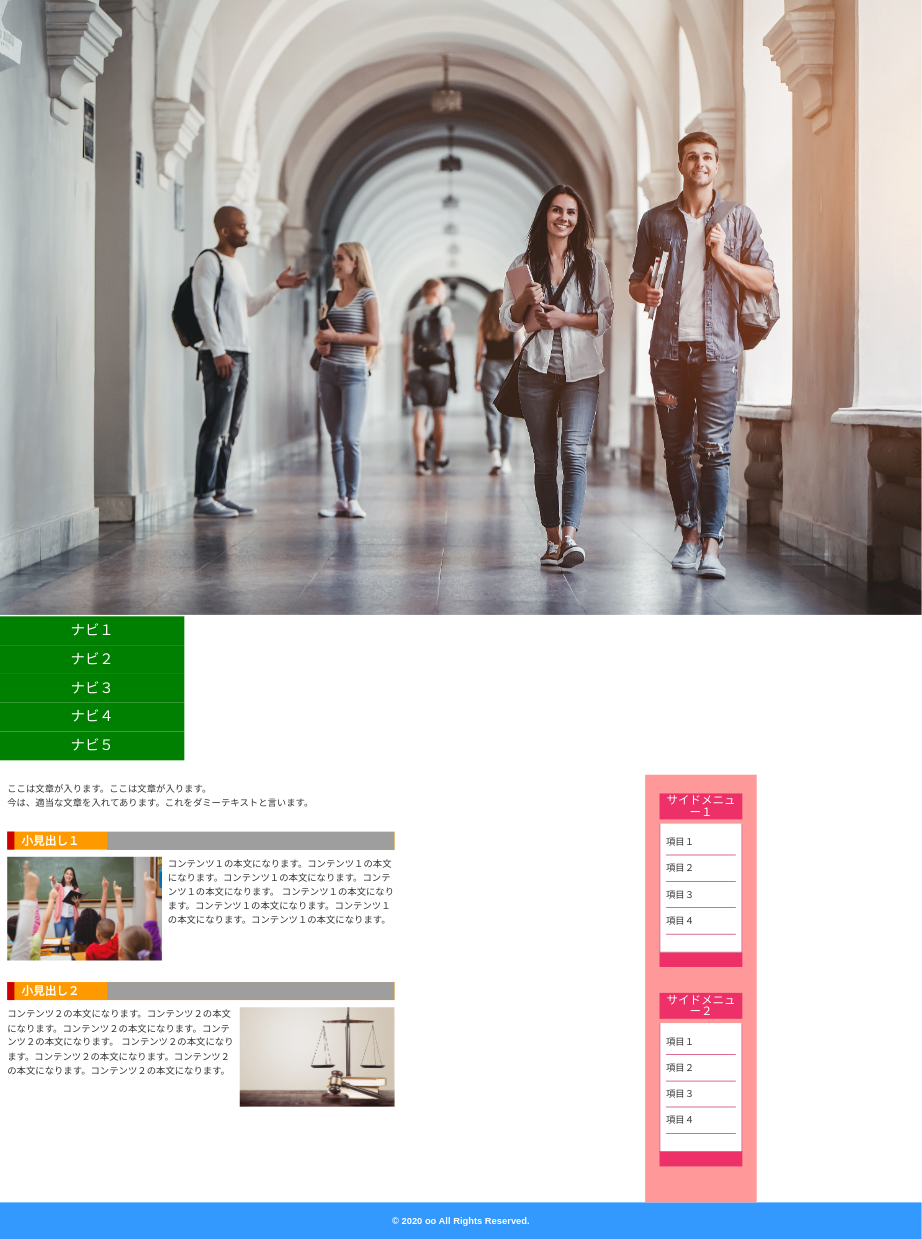
Repository: komikomi650/samurai_HTML-CSS
Page: samurai_html_4/home.html
The author's editor kept a record of every edit. The page is drawn from the files as they stood at one moment, then again after the next edit.
The browser window is 1280 px wide. The pictures show the whole page, at 72% of full size.
Pictures or frames that could not be fetched are drawn as grey boxes.

Above is the page before.

### samurai_html_4/home.html
<!DOCTYPE html>
<html lang="ja">
<head>
    <meta charset="UTF-8">
    <title>HTML/CSSの学習</title>
    <link rel="stylesheet" href="stylesheet.css">
</head>
<body>
    <div id="header">
        <h1><a href="index.html"><img id="corridor" src="images/corridor.jpg" alt="大学の廊下"></a></h1>
    </div>
    <div id="wrapper">
        <div id="nav">
            <ul>
                <li><a href="home.html">ナビ１</a></li>
                <li><a href="#">ナビ２</a></li>
                <li><a href="#">ナビ３</a></li>
                <li><a href="#">ナビ４</a></li>
                <li><a href="#">ナビ５</a></li>
            </ul>
        </div>
    </div>
    <div id="container">
        <div id="main">
            <div class="post">
                <p>ここは文章が入ります。ここは文章が入ります。<br />今は、適当な文章を入れてあります。これをダミーテキストと言います。</p>
            </div>
            <div class="post clearfix">
                <h2>小見出し１</h2>
                <img class="left" src="images/classroom.jpg" alt="授業風景">
                <p>
                    コンテンツ１の本文になります。コンテンツ１の本文になります。コンテンツ１の本文になります。コンテンツ１の本文になります。
                    コンテンツ１の本文になります。コンテンツ１の本文になります。コンテンツ１の本文になります。コンテンツ１の本文になります。
                </p>
            </div>
            <div class="post clearfix">
                <h2>小見出し２</h2>
                <img class="right" src="images/scale.jpg" alt="天秤">
                <p>
                    コンテンツ２の本文になります。コンテンツ２の本文になります。コンテンツ２の本文になります。コンテンツ２の本文になります。
                    コンテンツ２の本文になります。コンテンツ２の本文になります。コンテンツ２の本文になります。コンテンツ２の本文になります。
                </p>
            </div>
        </div>
        <div id="side">
            <div class="box">
                <h2>サイドメニュー１</h2>
                <div class="boxBody">
                    <ul>
                        <li>項目１</li>
                        <li>項目２</li>
                        <li>項目３</li>
                        <li>項目４</li>
                    </ul>
                </div>
            </div>
            <div class="box">
                <h2>サイドメニュー２</h2>
                <div class="boxBody">
                    <ul>
                        <li>項目１</li>
                        <li>項目２</li>
                        <li>項目３</li>
                        <li>項目４</li>
                    </ul>
                </div>
            </div>
        </div>
    </div>
    <div id="footer">
        <p>&copy; 2020 oo All Rights Reserved.</p>
    </div>
</body>
</html>

### samurai_html_4/stylesheet.css
@charset "utf-8";

body {
    margin: 0 ;
    padding: 0;
    font-family: "ヒラギノ角ゴ Pro W3", "Hiragino kaku Gothic Pro", "メイリオ", Meiryo, Osaka, "ＭＳ Ｐゴシック", "MS PGothic", sans-serif;
    color: #333;
    font-size: 13px;
    line-height: 150%;
}
/*--------------------------wrapper ----------------------*/
#wrapper{
    width: 100%;
    margin: auto;
    padding: 0px;
    border: 0px;
    background-color: #FFF;
    top: 10px;
}

/*--------------------------header ----------------------*/
#header {
    width: 100%;
}
#header h1 {
    margin: 0;
    padding: 0;
}
#corridor {
    width: 100%;
    height: auto;
}

/*--------------------------footer ----------------------*/
#footer {
    clear: both;
    width: 100%;
    padding: 3px 0 3px 0;
    background: #39F;
    color: #FFF;
    font-weight: bold;
    text-align: center;
}

/*--------------------------NAV----------------------*/
#nav {
    width: 100%;
}
#nav ul {
    margin: 0;
    padding: 0;
    list-style-type: none;
}
/*#nav ul li {
    float: left;
    width: 20%;
    text-align: center;
}*/
/*#nav ul li {
    float: left;
    width: 20%;
    text-align: center;
}*/
#nav ul li {
    width: 20%;
    text-align: center;
}
#nav ul li a {
    display: block;
    height: 20px;
    margin: 0;
    padding: 10px;
    color: #FFF;
    font-size: 20px;
    text-decoration: none;
    background-color: green;
}
#nav ul li a:hover{
    filter: drop-shadow(10px 10px 10px black);
}
/*--------------------------Container----------------------*/
#container {
    width: 100%;
    margin: auto;
    padding: auto;
    padding-top: 20px;
    clear: both;
    display: grid;
    grid-template-columns: 70vw 30vw;
}
/*--------------------------Main----------------------*/
#main {
    float: left;
    width: 60%;
    padding: 10px 30px 10px 10px;
}
#main h2 {
    margin: 0 0 10px 0;
    padding: 3px 10px 3px 10px;
    color: #FFF;
    font-size: 16px;
    border-left: solid 10px #C00;
    background: #F90 url(../images/main_h2.jpg) right top repeat-y;
}
#main p {
    margin: 0;
    padding: 0;
}
#main .post {
    margin: 0 0 30px 0;
}
#main .post img.right {
    margin: 0 0 0 8px;
}
#main .post img.left {
    margin: 0 8px 0 0 ;
}

.right {
    float: right;
    width: 40%;
    height: auto;
}
.left {
    float: left;
    width: 40%;
    height: auto;
}

/*--------------------------clearfix----------------------*/
.clearfix {
    zoom: 1;
}
.clearfix:after{
    content: "";
    display: block;
    clear: both;
}
/*--------------------------side----------------------*/
#side {
    float: right;
    width: 30%;
    padding: 20px;
    background-color: #F99;
}
#side .box {
    margin: 0 auto 30px auto;
    padding: 0 0 20px 0;
    background: url(images/side_box.png) bottom no-repeat;
}
#side .box h2 {
    margin: 0;
    padding: 8px;
    text-align: center;
    color: #fff;
    font-size: 16px;
    line-height: 16px;
    font-weight: normal;
    background: url(images/side_box_h2.png) center no-repeat;
}
#side .box .boxBody {
    padding: 8px;
    border-right: solid 1px #C36;
    border-bottom: solid 1px #C36;
    border-left: solid 1px #C36;
    background: #fff;
}
#side .box .boxBody ul {
    margin: 0 0 16px 0;
    padding: 0;
}
#side .box .boxBody ul li {
    padding: 8px 0 8px 0;
    list-style: none;
    border-bottom: solid 1px #C36;
}
#side .box .boxBody ul li:hover{
    padding: 8px 0 8px 4px;
    list-style: none;
    border-bottom: solid 1px #C36;
    box-shadow: 0px 4px 4px rgda(0, 0, 0, 0.3);
}

After the next edit:
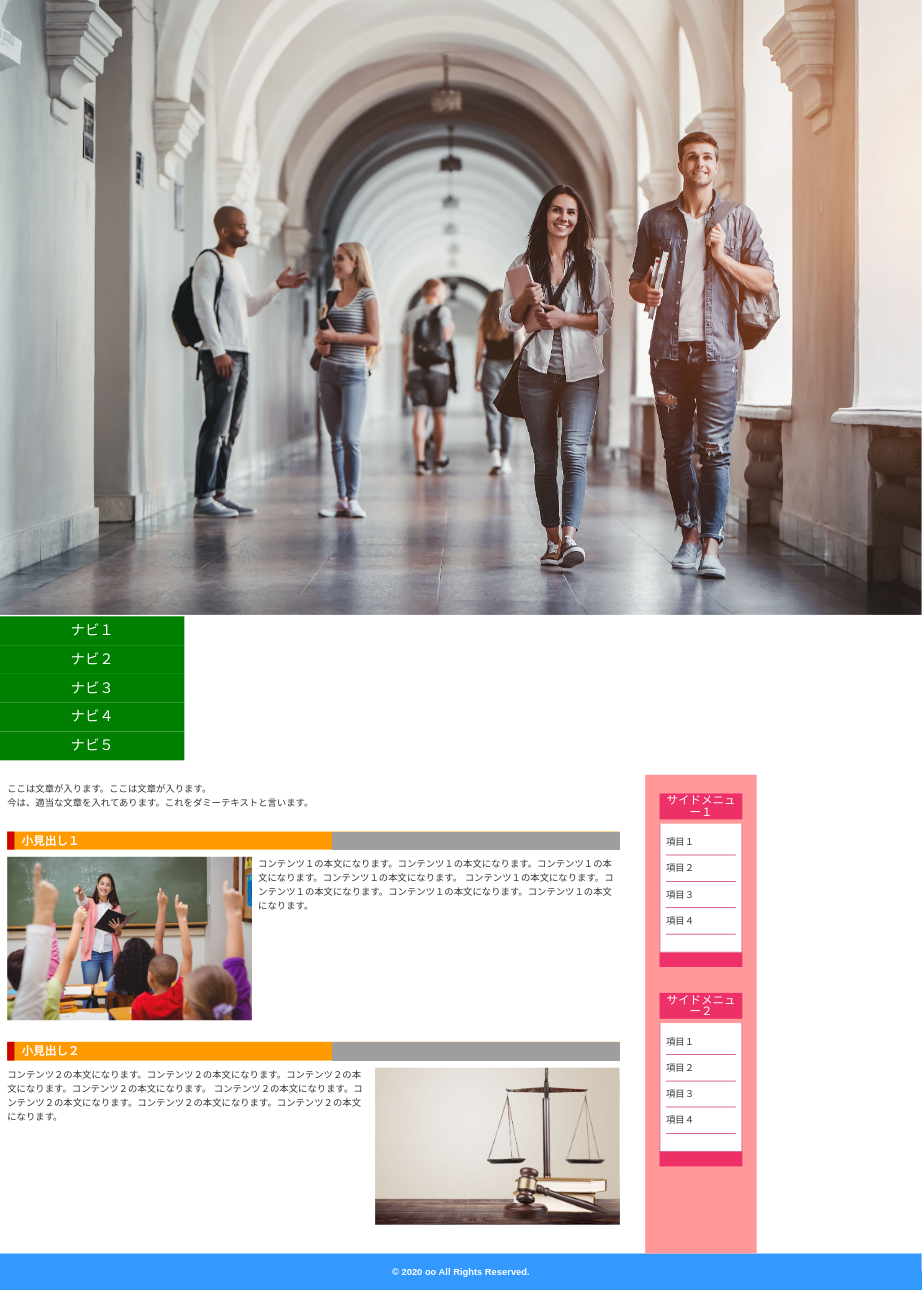
The edit:
--- a/samurai_html_4/stylesheet.css
+++ b/samurai_html_4/stylesheet.css
@@ -90,8 +90,9 @@
 }
 /*--------------------------Main----------------------*/
 #main {
-    float: left;
-    width: 60%;
+    width: 95%;
+/*    float: left;
+    width: 60%;*/
     padding: 10px 30px 10px 10px;
 }
 #main h2 {
